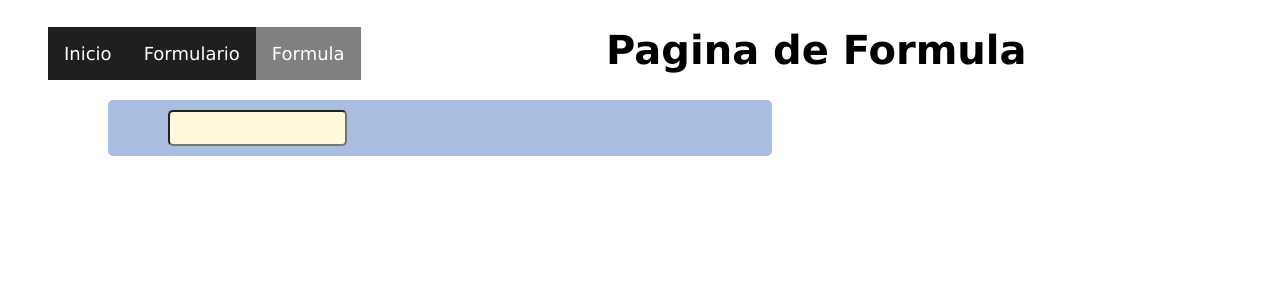
Repository: misterySnow94/tutoriales
Page: pagina basica/formula.html
An editor plug-in stored every save of this project. The page is shown before and after the next save, followed by the edit.
The browser window is 1280 px wide. The pictures show the whole page.

Above is the page before, as saved 2019-11-04 00:32:41.

### pagina basica/formula.html
<!DOCTYPE html>
<html lang="en">
<head>
    <meta charset="UTF-8">
    <meta name="viewport" content="width=device-width, initial-scale=1.0">
    <meta http-equiv="X-UA-Compatible" content="ie=edge">
    <title>inicio</title>
    <link rel="stylesheet" href="css/style.css">
</head>
<body>
    <nav>
        <ul>
            <li><a href="index.html"> Inicio </a></li>
            <li><a href="formulario.html">Formulario</a></li>
            <li class="active"><a href="formula.html">Formula</a></li>
        </ul>
    </nav>

    <div class="contenido">
        <h1>Pagina de Formula</h1>

        <form action="">
            <input type="text">
        </form>
    </div>
</body>
</html>

### pagina basica/css/style.css
body{
    font-family: 'Lucida Sans', 'Lucida Sans Regular', 'Lucida Grande', 'Lucida Sans Unicode', Geneva, Verdana, sans-serif;
}

li{
    float: left;
    list-style: none;
    padding: 16px;
    background-color: rgb(31, 31, 31);
}

.active{
    background-color: gray;
}

li:hover{
    background-color: gray;
}

a{
    color: white;
    text-decoration: none;
    font-size: 18px;
}

h1{
    text-align: center;
    font-size: 40px;
}

form{
    margin-left: 100px;
    margin-right: 500px;
    background-color: rgb(169, 189, 224);
    border-radius: 5px;
    padding: 10px;
}

label, input, h3 , select{
    margin-left: 20px;
}

input, select{
    margin-left: 50px;
    border-radius: 5px;
    height: 30px;
    font-family: 'Lucida Sans', 'Lucida Sans Regular', 'Lucida Grande', 'Lucida Sans Unicode', Geneva, Verdana, sans-serif;
    background-color: cornsilk;
}

button{
    background-color: blueviolet;
    height: 50px;
    width: 300px;
    border:none;
    border-radius: 5px;
    font-family: 'Lucida Sans', 'Lucida Sans Regular', 'Lucida Grande', 'Lucida Sans Unicode', Geneva, Verdana, sans-serif;
    font-size: 30px;
    color:white;
    margin-left: 25%;
}

button:hover{
    background-color: rgb(190, 140, 236);
    color:black;
}

.radio{
    width: 20px;
    height: 20px;
}

After the next save:
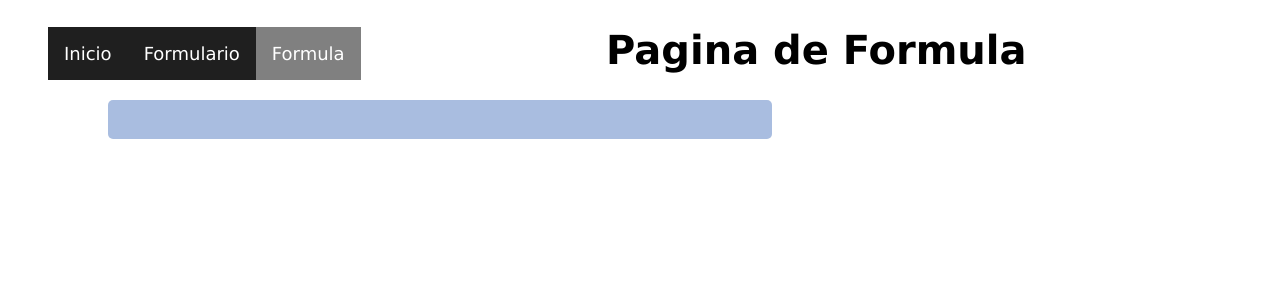
Saved 13 s later.
--- a/pagina basica/formula.html
+++ b/pagina basica/formula.html
@@ -20,7 +20,10 @@
         <h1>Pagina de Formula</h1>
 
         <form action="">
-            <input type="text">
+            <label for="numero_1">
+
+            </label>
+
         </form>
     </div>
 </body>
